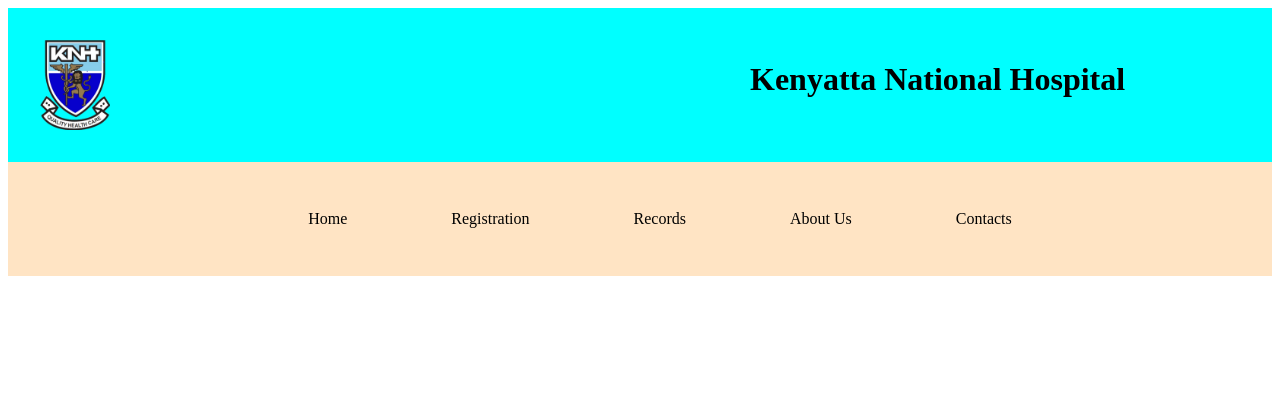
Repository: EphrahimLaanyu123/wsp
Page: index.html
The author's editor kept a copy of each file at every save. The page is drawn from the files as they stood at one save, then again after a run of saves.
The browser window is 1280 px wide. The pictures show the whole page.

Above is the page before, as saved 2025-03-13 19:54:58.

After the next 2 saves:
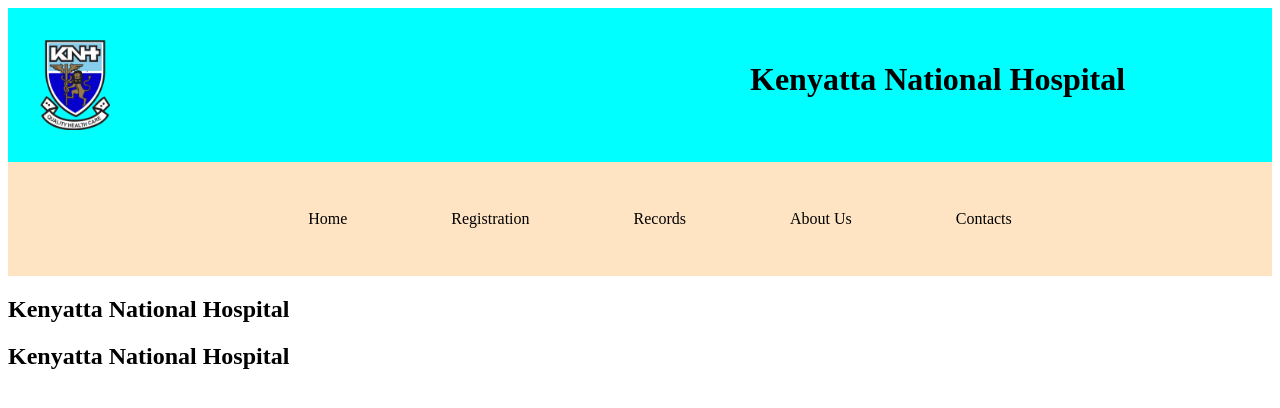
The 2 saves are shown as one change because they came seconds apart.
The last was saved 9 s later.
--- a/index.html
+++ b/index.html
@@ -19,9 +19,13 @@
         <ul>Contacts</ul>
     </nav>
     <section>
+        <h1 class="header-h1">Kenyatta National Hospital</h1>
 
     </section>
-    <aside></aside>
+    <aside>
+        <h1 class="header-h1">Kenyatta National Hospital</h1>
+
+    </aside>
 
     <script src="script.js"></script>
 </body>
